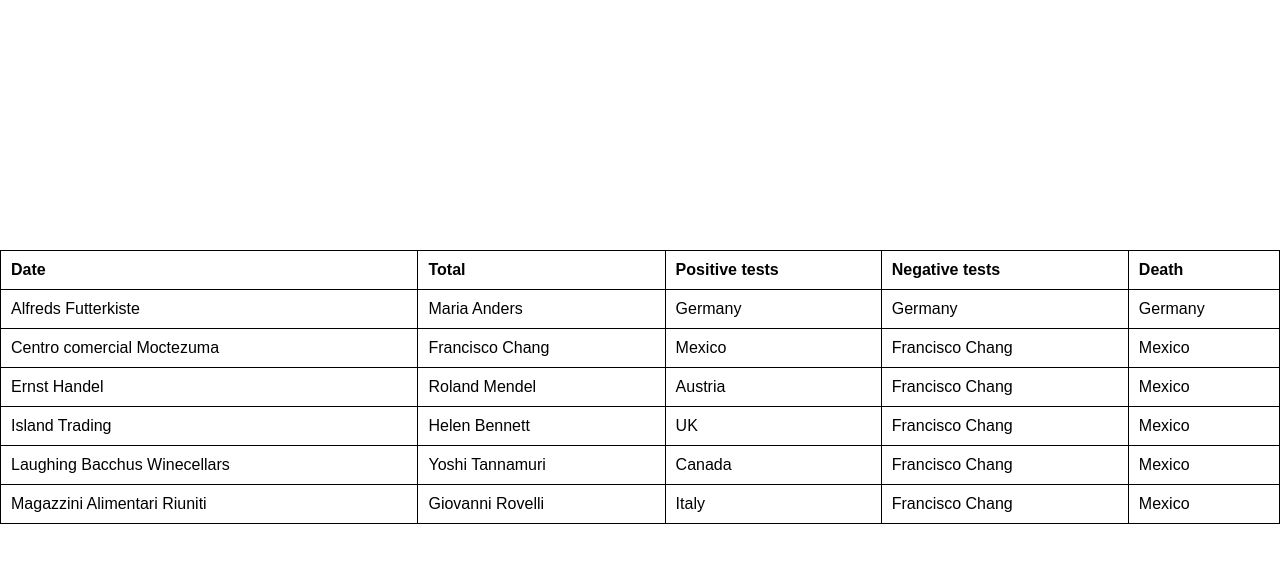
Repository: Seryozha02/ApiRequests
Page: index.html
The author's editor kept a copy of each file at every save. The page is drawn from the files as they stood at one save, then again after the next save.
The browser window is 1280 px wide. The pictures show the whole page.

Above is the page before, as saved 2022-09-22 21:40:13.

### index.html
<!DOCTYPE html>
<html lang="en">
<head>
    <meta charset="UTF-8">
    <meta http-equiv="X-UA-Compatible" content="IE=edge">
    <meta name="viewport" content="width=device-width, initial-scale=1.0">
    <title>Request's</title>
    <link rel="stylesheet" href="style.css">
</head>
<body>
    <table class="requests">
        <th>Date</th>
        <th>Total</th>
        <th>Positive tests</th>
        <th>Negative tests</th>
        <th>Death</th>
        <tr>
          <td>Alfreds Futterkiste</td>
          <td>Maria Anders</td>
          <td>Germany</td>
          <td>Germany</td>
          <td>Germany</td>
        </tr>
        <tr>
          <td>Centro comercial Moctezuma</td>
          <td>Francisco Chang</td>
          <td>Mexico</td>
          <td>Francisco Chang</td>
          <td>Mexico</td>
        </tr>
        <tr>
          <td>Ernst Handel</td>
          <td>Roland Mendel</td>
          <td>Austria</td>
          <td>Francisco Chang</td>
          <td>Mexico</td>
        </tr>
        <tr>
          <td>Island Trading</td>
          <td>Helen Bennett</td>
          <td>UK</td>
          <td>Francisco Chang</td>
          <td>Mexico</td>
        </tr>
        <tr>
          <td>Laughing Bacchus Winecellars</td>
          <td>Yoshi Tannamuri</td>
          <td>Canada</td>
          <td>Francisco Chang</td>
          <td>Mexico</td>
        </tr>
        <tr>
          <td>Magazzini Alimentari Riuniti</td>
          <td>Giovanni Rovelli</td>
          <td>Italy</td>
          <td>Francisco Chang</td>
          <td>Mexico</td>
        </tr>
      </table>
</body>
<script src="script.js"></script>
</html>

### style.css
* {
        margin: 0;
        padding: 0;
        box-sizing: border-box;
}

.requests {
    font-family: arial, sans-serif;
    border-collapse: collapse;
    width: 100%;
    margin-top: 250px;
  }

  td, th {
    border: 1px solid black;
    text-align: left;
    padding: 10px;

  }

Loaded but not shown: script.js (no copy from this time; the picture is the same without it)

After the next save:
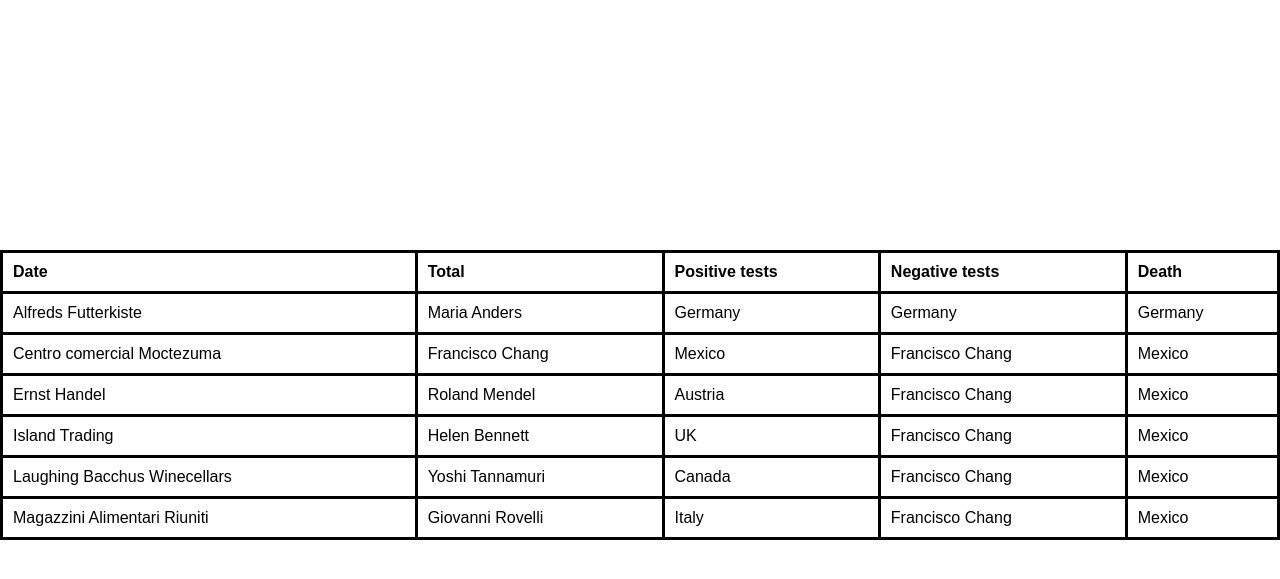
Saved 5 s later.
--- a/style.css
+++ b/style.css
@@ -12,7 +12,7 @@
   }
 
   td, th {
-    border: 1px solid black;
+    border: 3px solid black;
     text-align: left;
     padding: 10px;
 
